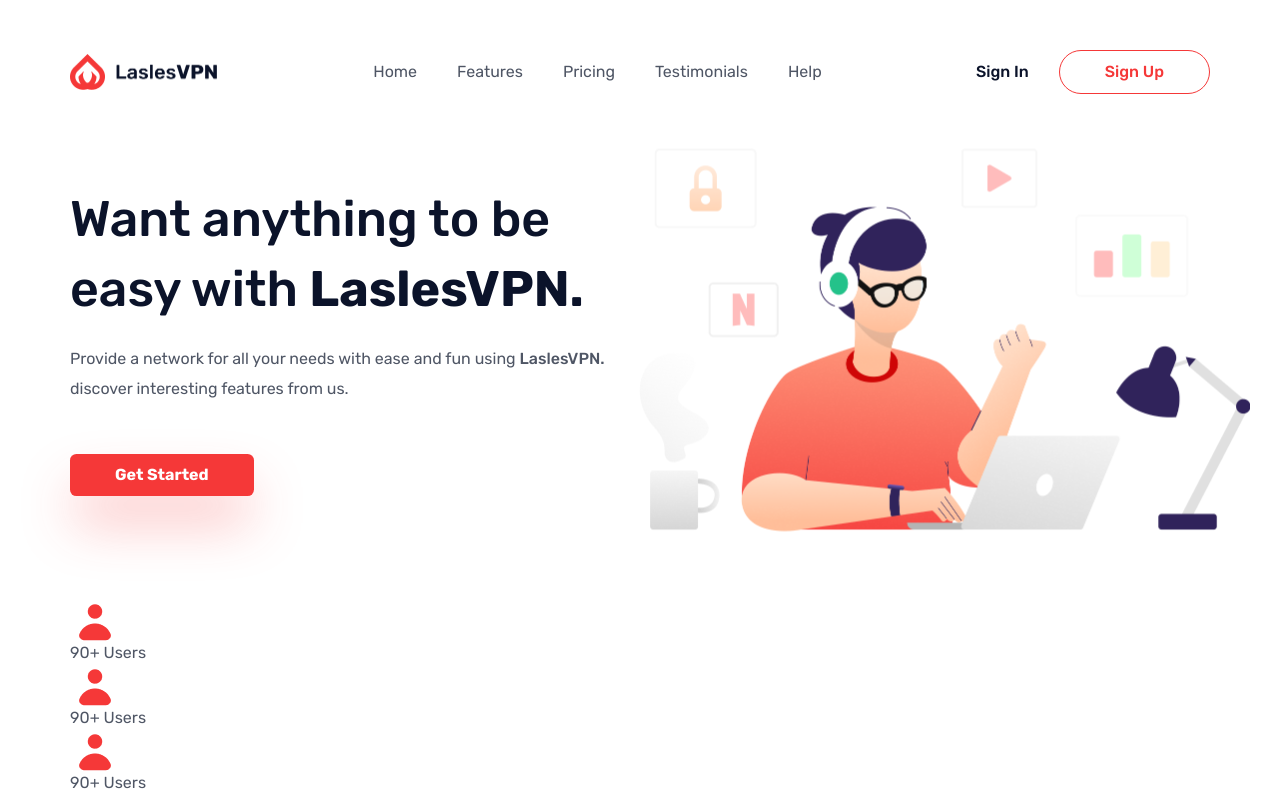
Repository: kebinh1235/lasles-demo
Page: index.html
The author's editor kept a copy of each file at every save. The page is drawn from the files as they stood at one save, then again after the next save.
The browser window is 1280 px wide. The pictures show the whole page.
The style sheet was rebuilt from its Sass, Less or Tailwind sources for each picture, by a compiler version that may differ from the author's.

Above is the page before, as saved 2021-10-31 00:30:16.

After the next save:
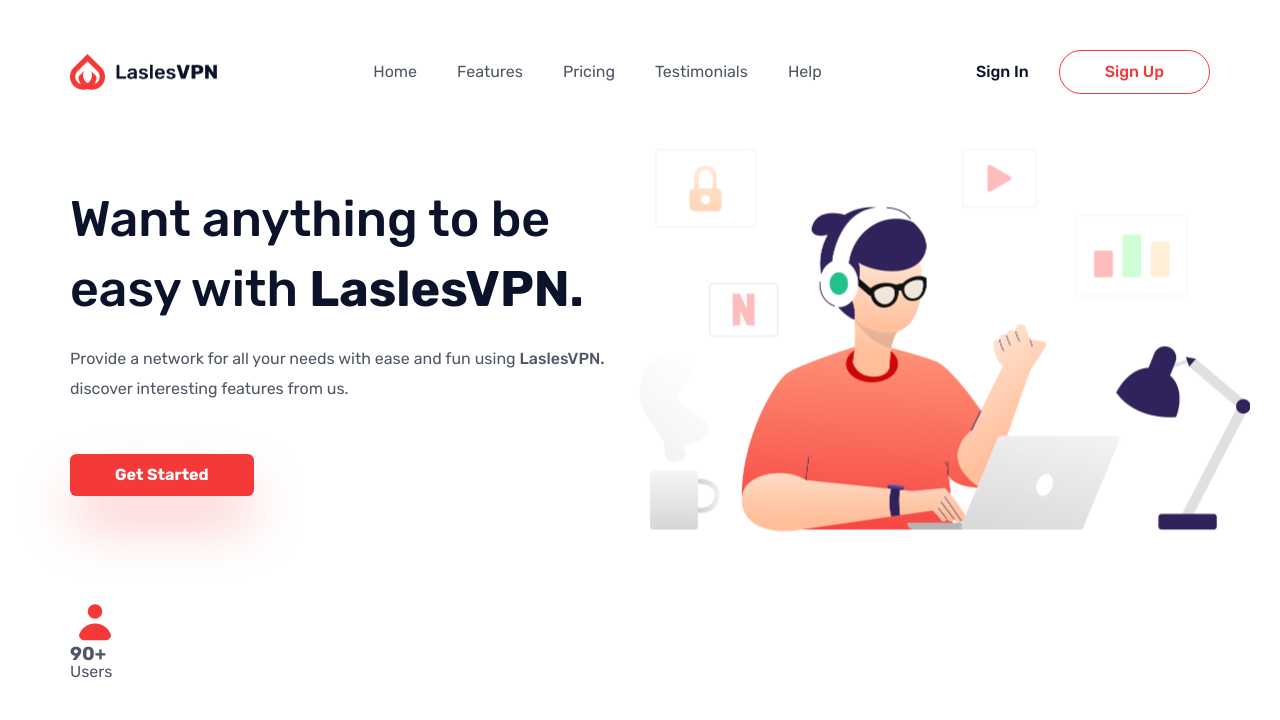
Saved 9 min 22 s later.
--- a/index.html
+++ b/index.html
@@ -63,24 +63,12 @@
         <div class="container">
           <div class="intro__container">
             <div class="intro__item">
-              <img class="intro__img" src="./images/Icon/Group 1216.png" alt="">
-              <div class="intro__desc">
-                <span>90+</span>
-                <span>Users</span>
+              <div class="intro__icon">
+                <img src="./images/Icon/Group 1216.png" alt="Users" title="Users">
               </div>
-            </div>
-            <div class="intro__item">
-              <img class="intro__img" src="./images/Icon/Group 1216.png" alt="">
-              <div class="intro__desc">
-                <span>90+</span>
-                <span>Users</span>
-              </div>
-            </div>
-            <div class="intro__item">
-              <img class="intro__img" src="./images/Icon/Group 1216.png" alt="">
-              <div class="intro__desc">
-                <span>90+</span>
-                <span>Users</span>
+              <div class="intro__info">
+                <h3 class="intro__title">90+</h3>
+                <span class="intro__text">Users</span>
               </div>
             </div>
           </div>
